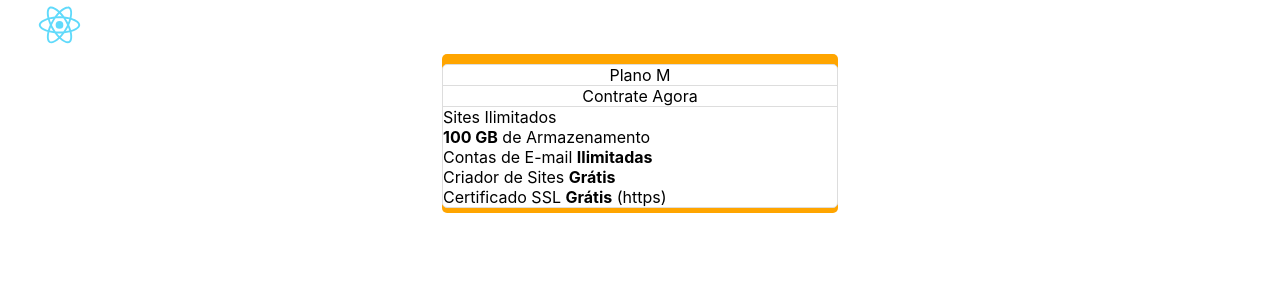
Repository: gatomazi/hostgatorFrontend
Page: /
The author's editor kept a copy of each file at every save. The page is drawn from the files as they stood at one save, then again after the next save.
The browser window is 1280 px wide. The pictures show the whole page.
The project was rebuilt for these pictures with package versions that can differ from the ones it lists, and the page was loaded fresh each time.

Above is the page before, as saved 2020-01-24 11:21:35.

### src/App.js
import React from "react";

import "./App.css";
import Topbar from "./components/Topbar";
import Plano from "./components/Plano";
function App() {
  return (
    <div className="App">
      <Topbar />
      <Plano />
    </div>
  );
}

export default App;

### src/components/Topbar.js
import React from "react";

import logo from "../logo.svg";
// import { Link } from "react-router-dom";

import { makeStyles } from "@material-ui/core/styles";
import Grid from "@material-ui/core/Grid";
import Container from "@material-ui/core/Container";

const useStyles = makeStyles(theme => ({
  root: {
    flexGrow: 1
  }
}));

const Topbar = () => {
  const classes = useStyles();
  return (
    <div className={classes.root}>
      <Container maxWidth="lg">
        <Grid item xs={12} style={{ textAlign: "left" }}>
          <img
            style={{ height: 50 }}
            src={logo}
            className="Navbar-logo"
            alt="logo"
          />
        </Grid>
      </Container>
    </div>
  );
};

export default Topbar;

### src/components/Plano.js
import React from "react";
import "./Plano.scss";

import Grid from "@material-ui/core/Grid";
import Container from "@material-ui/core/Container";

import iconPlan from "../assets/icon.png";

const Plano = () => {
  return (
    <div className="root">
      <Container maxWidth="xs">
        <Grid className="orangePlanBg" item xs={12}>
          <div className="planCard">
            <div>Plano M</div>
            <div className="insideDivisor">Contrate Agora</div>
            <div style={{ textAlign: "left" }}>
              <div>Sites Ilimitados</div>
              <div>
                <b>100 GB</b> de Armazenamento
              </div>
              <div>
                Contas de E-mail <b>Ilimitadas</b>
              </div>
              <div>
                Criador de Sites <b>Grátis</b>
              </div>
              <div>
                Certificado SSL <b>Grátis</b> (https)
              </div>
            </div>
          </div>
        </Grid>
      </Container>
    </div>
  );
};

const borderColor = "#ddd";

export default Plano;

### src/components/Plano.scss
.root {
  flex-grow: 1;
}
.orangePlanBg {
  background-color: orange;
  padding-bottom: 5px;
  padding-top: 10px;
  border-radius: 5px;
}
.planCard {
  background-color: #fff;
  border: 1px solid #ddd;
  border-radius: 5px;
  div:only-child {
    padding: 25px;
    div {
      padding: 5px 0px;
      display: block;
      &:first-child,
      &:nth-child(3) {
        border-bottom: dashed 0.8px #ddd;
      }
    }
  }
}

.insideDivisor {
  border-bottom: 0.5px;
  border-bottom-color: #ddd;
  border-bottom-style: solid;
  /* border-bottom: 0.5; */
  border-top: 0.5px;
  border-top-color: #ddd;
  border-top-style: solid;
  /* border-top: 0.5; */
}

Loaded but not shown: public/index.html (common file); src/index.js (common file); src/index.css (common file); src/serviceWorker.js (common file); src/App.css (common file)

After the next save:
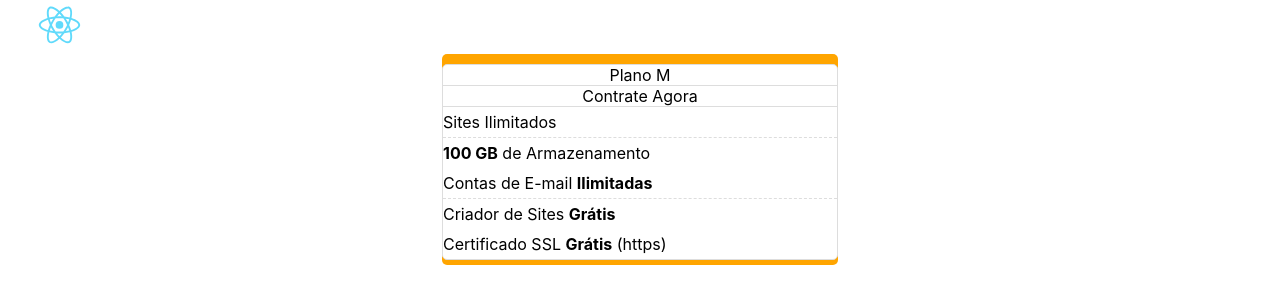
Saved 22 s later.
--- a/src/components/Plano.scss
+++ b/src/components/Plano.scss
@@ -11,8 +11,10 @@
   background-color: #fff;
   border: 1px solid #ddd;
   border-radius: 5px;
-  div:only-child {
-    padding: 25px;
+  div {
+    &:only-child {
+      padding: 25px;
+    }
     div {
       padding: 5px 0px;
       display: block;
